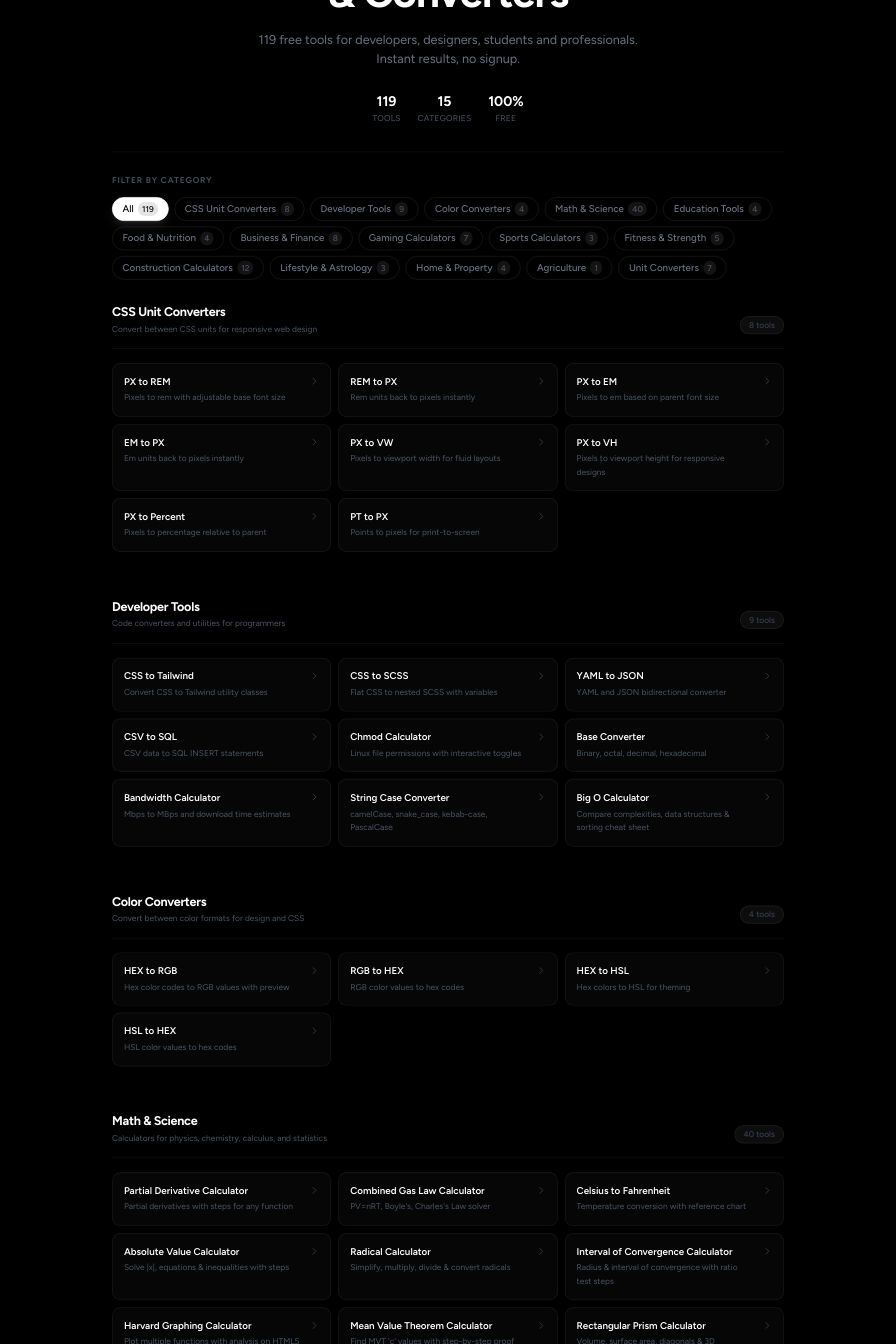
Repository: princeali7/impeccify-clone
Page: /tools
The author's editor kept a copy of each file at every save. The page is drawn from the files as they stood at one save, then again after the next save.
The browser window is 1280 px wide. The pictures show the part of the page from y = 321 to 2241 px (the page is 7704 px tall before and 8131 px after), at 70% of full size.
The project was rebuilt for these pictures with package versions that can differ from the ones it lists, and the page was loaded fresh each time. The framework's server and built-in components were replaced by stand-ins that run in the browser. Also part of the build but not shown: next.config.ts.

Above is the page before, as saved 2026-03-24 23:25:58.

### src/app/layout.tsx
import type { Metadata } from "next";
import { Figtree } from "next/font/google";
import "./globals.css";

const figtree = Figtree({
  subsets: ["latin"],
  variable: "--font-figtree",
  display: "swap",
});

export const metadata: Metadata = {
  title: "Custom Website Development Services That Transform Traffic Into Paying Users",
  description: "Professional web design and development service. From responsive web design to custom web app development - pixel-perfect Next.js websites.",
};

export default function RootLayout({
  children,
}: Readonly<{
  children: React.ReactNode;
}>) {
  return (
    <html lang="en">
      <body className={`${figtree.variable} font-sans antialiased`}>
        {children}
      </body>
    </html>
  );
}

### src/app/tools/page.tsx
'use client';
import { useState } from 'react';
import Link from 'next/link';
import Header from '@/components/Header';
import { categories } from '@/lib/tools-data';

const categoryMeta: Record<string, { icon: React.ReactNode; iconBg: string; activeText: string }> = {
  'css-unit': {
    icon: <svg viewBox="0 0 24 24" fill="none" stroke="currentColor" strokeWidth={1.6} strokeLinecap="round" strokeLinejoin="round" className="w-5 h-5"><circle cx="12" cy="12" r="10"/><line x1="2" y1="12" x2="22" y2="12"/><path d="M12 2a15.3 15.3 0 0 1 4 10 15.3 15.3 0 0 1-4 10 15.3 15.3 0 0 1-4-10 15.3 15.3 0 0 1 4-10z"/></svg>,
    iconBg: 'bg-blue-500/15 text-blue-400',
    activeText: 'text-blue-300',
  },
  'developer': {
    icon: <svg viewBox="0 0 24 24" fill="none" stroke="currentColor" strokeWidth={2} strokeLinecap="round" strokeLinejoin="round" className="w-5 h-5"><polyline points="16 18 22 12 16 6"/><polyline points="8 6 2 12 8 18"/></svg>,
    iconBg: 'bg-emerald-500/15 text-emerald-400',
    activeText: 'text-emerald-300',
  },
  'color': {
    icon: <svg viewBox="0 0 24 24" fill="none" stroke="currentColor" strokeWidth={1.6} strokeLinecap="round" strokeLinejoin="round" className="w-5 h-5"><circle cx="13.5" cy="6.5" r="0.5" fill="currentColor"/><circle cx="17.5" cy="10.5" r="0.5" fill="currentColor"/><circle cx="8.5" cy="7.5" r="0.5" fill="currentColor"/><circle cx="6.5" cy="12.5" r="0.5" fill="currentColor"/><path d="M12 2C6.5 2 2 6.5 2 12s4.5 10 10 10c.926 0 1.648-.746 1.648-1.688 0-.437-.18-.835-.437-1.125-.29-.289-.438-.652-.438-1.125a1.64 1.64 0 0 1 1.668-1.668h1.996c3.051 0 5.555-2.503 5.555-5.554C21.965 6.012 17.461 2 12 2z"/></svg>,
    iconBg: 'bg-purple-500/15 text-purple-400',
    activeText: 'text-purple-300',
  },
  'math': {
    icon: <svg viewBox="0 0 24 24" fill="none" stroke="currentColor" strokeWidth={1.6} strokeLinecap="round" strokeLinejoin="round" className="w-5 h-5"><path d="M9 3H5a2 2 0 0 0-2 2v4m6-6h10a2 2 0 0 1 2 2v4M9 3v18m0 0h10a2 2 0 0 0 2-2V9M9 21H5a2 2 0 0 1-2-2V9m0 0h18"/></svg>,
    iconBg: 'bg-orange-500/15 text-orange-400',
    activeText: 'text-orange-300',
  },
  'education': {
    icon: <svg viewBox="0 0 24 24" fill="none" stroke="currentColor" strokeWidth={1.6} strokeLinecap="round" strokeLinejoin="round" className="w-5 h-5"><path d="M22 10v6M2 10l10-5 10 5-10 5z"/><path d="M6 12v5c3 3 9 3 12 0v-5"/></svg>,
    iconBg: 'bg-sky-500/15 text-sky-400',
    activeText: 'text-sky-300',
  },
  'food': {
    icon: <svg viewBox="0 0 24 24" fill="none" stroke="currentColor" strokeWidth={1.6} strokeLinecap="round" strokeLinejoin="round" className="w-5 h-5"><path d="M3 2v7c0 1.1.9 2 2 2h4a2 2 0 0 0 2-2V2"/><path d="M7 2v20"/><path d="M21 15V2a5 5 0 0 0-5 5v6c0 1.1.9 2 2 2h3zm0 0v7"/></svg>,
    iconBg: 'bg-red-500/15 text-red-400',
    activeText: 'text-red-300',
  },
  'business': {
    icon: <svg viewBox="0 0 24 24" fill="none" stroke="currentColor" strokeWidth={1.6} strokeLinecap="round" strokeLinejoin="round" className="w-5 h-5"><rect x="4" y="2" width="16" height="20" rx="2"/><line x1="8" y1="6" x2="16" y2="6"/><line x1="8" y1="10" x2="16" y2="10"/><line x1="8" y1="14" x2="12" y2="14"/></svg>,
    iconBg: 'bg-teal-500/15 text-teal-400',
    activeText: 'text-teal-300',
  },
  'gaming': {
    icon: <svg viewBox="0 0 24 24" fill="none" stroke="currentColor" strokeWidth={1.6} strokeLinecap="round" strokeLinejoin="round" className="w-5 h-5"><line x1="6" y1="12" x2="10" y2="12"/><line x1="8" y1="10" x2="8" y2="14"/><circle cx="15" cy="13" r="1" fill="currentColor"/><circle cx="18" cy="11" r="1" fill="currentColor"/><path d="M17.32 5H6.68a4 4 0 0 0-3.978 3.59c-.006.052-.01.101-.017.152C2.604 9.416 2 14.456 2 16a3 3 0 0 0 3 3c1 0 1.5-.5 2-1l1.414-1.414A2 2 0 0 1 9.828 16h4.344a2 2 0 0 1 1.414.586L17 18c.5.5 1 1 2 1a3 3 0 0 0 3-3c0-1.544-.604-6.584-.685-7.258-.007-.05-.011-.1-.017-.151A4 4 0 0 0 17.32 5z"/></svg>,
    iconBg: 'bg-pink-500/15 text-pink-400',
    activeText: 'text-pink-300',
  },
  'sports': {
    icon: <svg viewBox="0 0 24 24" fill="none" stroke="currentColor" strokeWidth={1.6} strokeLinecap="round" strokeLinejoin="round" className="w-5 h-5"><path d="M6 9H4.5a2.5 2.5 0 0 1 0-5H6"/><path d="M18 9h1.5a2.5 2.5 0 0 0 0-5H18"/><path d="M4 22h16"/><path d="M10 14.66V17c0 .55-.47.98-.97 1.21C7.85 18.75 7 20.24 7 22"/><path d="M14 14.66V17c0 .55.47.98.97 1.21C16.15 18.75 17 20.24 17 22"/><path d="M18 2H6v7a6 6 0 0 0 12 0V2z"/></svg>,
    iconBg: 'bg-yellow-500/15 text-yellow-400',
    activeText: 'text-yellow-300',
  },
  'fitness': {
    icon: <svg viewBox="0 0 24 24" fill="none" stroke="currentColor" strokeWidth={1.6} strokeLinecap="round" strokeLinejoin="round" className="w-5 h-5"><path d="M6.5 6.5h11"/><path d="M6.5 17.5h11"/><path d="M3 9.5h3v5H3z"/><path d="M18 9.5h3v5h-3z"/><line x1="5" y1="12" x2="19" y2="12"/></svg>,
    iconBg: 'bg-green-500/15 text-green-400',
    activeText: 'text-green-300',
  },
  'construction': {
    icon: <svg viewBox="0 0 24 24" fill="none" stroke="currentColor" strokeWidth={1.6} strokeLinecap="round" strokeLinejoin="round" className="w-5 h-5"><path d="M14.7 6.3a1 1 0 0 0 0 1.4l1.6 1.6a1 1 0 0 0 1.4 0l3.77-3.77a6 6 0 0 1-7.94 7.94l-6.91 6.91a2.12 2.12 0 0 1-3-3l6.91-6.91a6 6 0 0 1 7.94-7.94l-3.76 3.76z"/></svg>,
    iconBg: 'bg-cyan-500/15 text-cyan-400',
    activeText: 'text-cyan-300',
  },
  'lifestyle': {
    icon: <svg viewBox="0 0 24 24" fill="none" stroke="currentColor" strokeWidth={1.6} strokeLinecap="round" strokeLinejoin="round" className="w-5 h-5"><polygon points="12 2 15.09 8.26 22 9.27 17 14.14 18.18 21.02 12 17.77 5.82 21.02 7 14.14 2 9.27 8.91 8.26 12 2"/></svg>,
    iconBg: 'bg-violet-500/15 text-violet-400',
    activeText: 'text-violet-300',
  },
  'home': {
    icon: <svg viewBox="0 0 24 24" fill="none" stroke="currentColor" strokeWidth={1.6} strokeLinecap="round" strokeLinejoin="round" className="w-5 h-5"><path d="M3 9l9-7 9 7v11a2 2 0 0 1-2 2H5a2 2 0 0 1-2-2z"/><polyline points="9 22 9 12 15 12 15 22"/></svg>,
    iconBg: 'bg-lime-500/15 text-lime-400',
    activeText: 'text-lime-300',
  },
  'agriculture': {
    icon: <svg viewBox="0 0 24 24" fill="none" stroke="currentColor" strokeWidth={1.6} strokeLinecap="round" strokeLinejoin="round" className="w-5 h-5"><path d="M12 22V12m0 0C12 7 7 2 2 2c0 5 5 10 10 10zm0 0c0-5 5-10 10-10-5 0-10 5-10 10z"/></svg>,
    iconBg: 'bg-amber-500/15 text-amber-400',
    activeText: 'text-amber-300',
  },
  'unit': {
    icon: <svg viewBox="0 0 24 24" fill="none" stroke="currentColor" strokeWidth={1.6} strokeLinecap="round" strokeLinejoin="round" className="w-5 h-5"><path d="M7 16V4m0 0L3 8m4-4 4 4"/><path d="M17 8v12m0 0 4-4m-4 4-4-4"/></svg>,
    iconBg: 'bg-indigo-500/15 text-indigo-400',
    activeText: 'text-indigo-300',
  },
};

export default function ToolsPage() {
  const [activeId, setActiveId] = useState<string | null>(null);

  const displayed = activeId ? categories.filter((c) => c.id === activeId) : categories;

  const scrollTo = (id: string) => {
    setActiveId((prev) => (prev === id ? null : id));
    window.scrollTo({ top: 0, behavior: 'smooth' });
  };

  return (
    <>
      <Header />
      <main className="min-h-screen bg-black pt-24 pb-20">
        {/* Hero */}
        <section className="max-w-5xl mx-auto px-6 lg:px-8 pt-12 pb-10 text-center">
          <div className="inline-flex items-center gap-2 bg-white/5 border border-white/10 rounded-full px-4 py-1.5 mb-6">
            <span className="w-1.5 h-1.5 rounded-full bg-blue-400 animate-pulse" />
            <span className="text-xs text-gray-400 tracking-widest uppercase font-semibold">Free Tools</span>
          </div>
          <h1 className="text-4xl md:text-5xl lg:text-6xl font-bold text-white tracking-tight mb-4 leading-tight">
            Free Online Calculators<br className="hidden sm:block" /> &amp; Converters
          </h1>
          <p className="text-base md:text-lg text-gray-500 max-w-xl mx-auto mb-8">
            119 free tools for developers, designers, students and professionals. Instant results, no signup.
          </p>
          {/* Stats row */}
          <div className="flex flex-wrap items-center justify-center gap-6 text-sm">
            {[
              { value: '119', label: 'Tools' },
              { value: '15', label: 'Categories' },
              { value: '100%', label: 'Free' },
            ].map((s) => (
              <div key={s.label} className="flex flex-col items-center gap-0.5">
                <span className="text-xl font-bold text-white">{s.value}</span>
                <span className="text-gray-600 text-xs uppercase tracking-wide">{s.label}</span>
              </div>
            ))}
          </div>
        </section>

        {/* Divider */}
        <div className="max-w-5xl mx-auto px-6 lg:px-8">
          <div className="border-t border-white/6" />
        </div>

        {/* Category filter tabs */}
        <section className="max-w-5xl mx-auto px-6 lg:px-8 py-8">
          <p className="text-xs text-gray-600 uppercase tracking-widest font-semibold mb-4">Filter by category</p>
          <div className="flex flex-wrap gap-2">
            <button
              onClick={() => setActiveId(null)}
              className={`flex items-center gap-1.5 px-3.5 py-1.5 rounded-full text-sm font-medium transition-all duration-200 border ${
                activeId === null
                  ? 'bg-white text-black border-white shadow-lg shadow-white/10'
                  : 'bg-transparent text-gray-500 border-white/10 hover:text-white hover:border-white/30'
              }`}
            >
              All
              <span className={`text-xs px-1.5 py-0.5 rounded-full ${activeId === null ? 'bg-black/10 text-black' : 'bg-white/8 text-gray-600'}`}>
                119
              </span>
            </button>
            {categories.map((cat) => (
              <button
                key={cat.id}
                onClick={() => scrollTo(cat.id)}
                className={`flex items-center gap-1.5 px-3.5 py-1.5 rounded-full text-sm font-medium transition-all duration-200 border ${
                  activeId === cat.id
                    ? 'bg-white text-black border-white shadow-lg shadow-white/10'
                    : 'bg-transparent text-gray-500 border-white/10 hover:text-white hover:border-white/30'
                }`}
              >
                {cat.label}
                <span
                  className={`text-xs px-1.5 py-0.5 rounded-full ${
                    activeId === cat.id ? 'bg-black/10 text-black' : 'bg-white/8 text-gray-600'
                  }`}
                >
                  {cat.count}
                </span>
              </button>
            ))}
          </div>
        </section>

        {/* Tool sections */}
        <div className="max-w-5xl mx-auto px-6 lg:px-8 space-y-16">
          {displayed.map((cat) => (
            <section key={cat.id} id={cat.id}>
              {/* Section header */}
              <div className="flex items-end justify-between mb-5">
                <div>
                  <h2 className="text-lg font-bold text-white tracking-tight">{cat.label}</h2>
                  <p className="text-xs text-gray-600 mt-0.5">{cat.desc}</p>
                </div>
                <span className="text-xs text-gray-700 bg-white/5 border border-white/8 rounded-full px-3 py-1 font-medium">
                  {cat.count} {cat.count === 1 ? 'tool' : 'tools'}
                </span>
              </div>
              <div className="border-t border-white/6 mb-5" />

              {/* Tool cards */}
              <div className="grid grid-cols-1 sm:grid-cols-2 lg:grid-cols-3 gap-2.5">
                {cat.tools.map((tool) => (
                  <Link
                    key={tool.href}
                    href={tool.href}
                    className="group relative flex items-start justify-between gap-3 bg-white/2.5 hover:bg-white/6 border border-white/[0.07] hover:border-white/20 rounded-xl px-4 py-4 transition-all duration-150 active:scale-[0.98]"
                  >
                    <div className="flex flex-col gap-1 min-w-0">
                      <span className="text-sm font-semibold text-white group-hover:text-white leading-snug truncate">
                        {tool.name}
                      </span>
                      <span className="text-xs text-gray-600 leading-relaxed line-clamp-2">
                        {tool.desc}
                      </span>
                    </div>
                    {/* Arrow icon */}
                    <svg
                      className="w-3.5 h-3.5 text-gray-700 group-hover:text-gray-400 mt-0.5 shrink-0 transition-all duration-150 group-hover:translate-x-0.5"
                      fill="none"
                      stroke="currentColor"
                      viewBox="0 0 24 24"
                    >
                      <path strokeLinecap="round" strokeLinejoin="round" strokeWidth={2} d="M9 5l7 7-7 7" />
                    </svg>
                  </Link>
                ))}
              </div>
            </section>
          ))}
        </div>

        {/* Footer note */}
        <div className="max-w-5xl mx-auto px-6 lg:px-8 mt-20 pt-8 border-t border-white/6 flex flex-col sm:flex-row items-center justify-between gap-4">
          <p className="text-xs text-gray-700">
            New calculators added regularly. 119 tools and counting.
          </p>
          <Link
            href="/book-call"
            className="text-xs text-gray-500 hover:text-white transition-colors border border-white/10 hover:border-white/30 rounded-full px-4 py-2"
          >
            Need a custom tool? Book a call →
          </Link>
        </div>
      </main>
    </>
  );
}

### src/app/globals.css
@import "tailwindcss";

@theme inline {
  --color-background: #000000;
  --color-foreground: #ffffff;
  --font-sans: var(--font-figtree);
}

@layer base {
  * {
    margin: 0;
    padding: 0;
    box-sizing: border-box;
  }

  html {
    scroll-behavior: smooth;
  }

  body {
    background: #000;
    color: #fff;
    font-family: -apple-system, BlinkMacSystemFont, 'Segoe UI', Roboto, sans-serif;
    -webkit-font-smoothing: antialiased;
    -moz-osx-font-smoothing: grayscale;
    overflow-x: hidden;
  }
}

::selection {
  background: rgba(59, 130, 246, 0.3);
  color: white;
}

::-webkit-scrollbar { width: 8px; }
::-webkit-scrollbar-track { background: rgba(255,255,255,0.05); }
::-webkit-scrollbar-thumb { background: rgba(255,255,255,0.15); border-radius: 4px; }

@keyframes marquee {
  0% { transform: translateX(0); }
  100% { transform: translateX(-50%); }
}
@keyframes marqueeReverse {
  0% { transform: translateX(-50%); }
  100% { transform: translateX(0); }
}
.animate-marquee {
  animation: marquee 60s linear infinite;
}
.animate-marquee-reverse {
  animation: marqueeReverse 60s linear infinite;
}

@keyframes fadeInUp {
  from { opacity: 0; transform: translateY(30px); }
  to { opacity: 1; transform: translateY(0); }
}
.animate-fade-in-up {
  animation: fadeInUp 0.6s ease-out forwards;
}

@keyframes slideInLeft {
  from { opacity: 0; transform: translateX(-60px); }
  to { opacity: 1; transform: translateX(0); }
}
@keyframes slideInRight {
  from { opacity: 0; transform: translateX(60px); }
  to { opacity: 1; transform: translateX(0); }
}
.animate-slide-in-left {
  animation: slideInLeft 0.7s cubic-bezier(0.22, 1, 0.36, 1) forwards;
}
.animate-slide-in-right {
  animation: slideInRight 0.7s cubic-bezier(0.22, 1, 0.36, 1) forwards;
}
.slide-hidden {
  opacity: 0;
}

@keyframes blobPulse {
  0%, 100% { opacity: 0.15; transform: scale(1); }
  50% { opacity: 0.25; transform: scale(1.05); }
}
.animate-blob {
  animation: blobPulse 8s ease-in-out infinite;
}

@keyframes marqueeUp {
  0% { transform: translateY(0); }
  100% { transform: translateY(-50%); }
}
@keyframes marqueeDown {
  0% { transform: translateY(-50%); }
  100% { transform: translateY(0); }
}
.animate-marquee-up {
  animation: marqueeUp 28s linear infinite;
}
.animate-marquee-up-slow {
  animation: marqueeUp 36s linear infinite;
}
.animate-marquee-down {
  animation: marqueeDown 32s linear infinite;
}

Loaded but not shown: src/lib/tools-data.ts (264 lines, source omitted); src/components/Header.tsx (104 lines, source omitted)

After the next save:
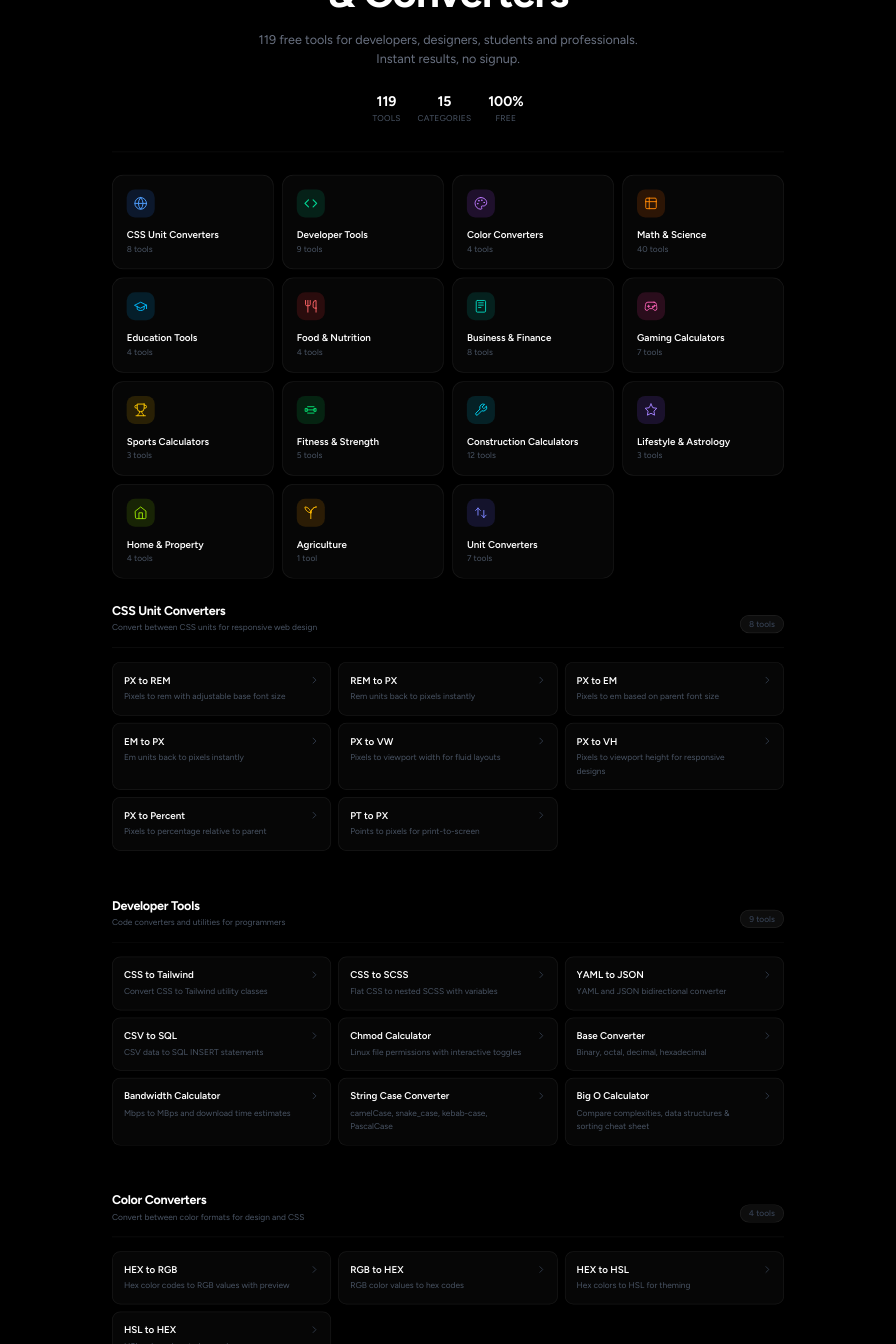
Saved 28 s later.
--- a/src/app/tools/page.tsx
+++ b/src/app/tools/page.tsx
@@ -128,44 +128,51 @@ export default function ToolsPage() {
           <div className="border-t border-white/6" />
         </div>
 
-        {/* Category filter tabs */}
+        {/* Category card grid */}
         <section className="max-w-5xl mx-auto px-6 lg:px-8 py-8">
-          <p className="text-xs text-gray-600 uppercase tracking-widest font-semibold mb-4">Filter by category</p>
-          <div className="flex flex-wrap gap-2">
-            <button
-              onClick={() => setActiveId(null)}
-              className={`flex items-center gap-1.5 px-3.5 py-1.5 rounded-full text-sm font-medium transition-all duration-200 border ${
-                activeId === null
-                  ? 'bg-white text-black border-white shadow-lg shadow-white/10'
-                  : 'bg-transparent text-gray-500 border-white/10 hover:text-white hover:border-white/30'
-              }`}
-            >
-              All
-              <span className={`text-xs px-1.5 py-0.5 rounded-full ${activeId === null ? 'bg-black/10 text-black' : 'bg-white/8 text-gray-600'}`}>
-                119
-              </span>
-            </button>
-            {categories.map((cat) => (
-              <button
-                key={cat.id}
-                onClick={() => scrollTo(cat.id)}
-                className={`flex items-center gap-1.5 px-3.5 py-1.5 rounded-full text-sm font-medium transition-all duration-200 border ${
-                  activeId === cat.id
-                    ? 'bg-white text-black border-white shadow-lg shadow-white/10'
-                    : 'bg-transparent text-gray-500 border-white/10 hover:text-white hover:border-white/30'
-                }`}
-              >
-                {cat.label}
-                <span
-                  className={`text-xs px-1.5 py-0.5 rounded-full ${
-                    activeId === cat.id ? 'bg-black/10 text-black' : 'bg-white/8 text-gray-600'
+          <div className="grid grid-cols-2 sm:grid-cols-3 lg:grid-cols-4 gap-3">
+            {categories.map((cat) => {
+              const meta = categoryMeta[cat.id];
+              const isActive = activeId === cat.id;
+              return (
+                <button
+                  key={cat.id}
+                  onClick={() => scrollTo(cat.id)}
+                  className={`group text-left flex flex-col gap-4 p-5 rounded-2xl border transition-all duration-200 active:scale-[0.97] ${
+                    isActive
+                      ? 'bg-white/8 border-white/20'
+                      : 'bg-white/[0.025] border-white/[0.07] hover:bg-white/5 hover:border-white/15'
                   }`}
                 >
-                  {cat.count}
-                </span>
+                  {/* Icon */}
+                  <div className={`w-10 h-10 rounded-xl flex items-center justify-center ${meta?.iconBg ?? 'bg-white/10 text-gray-400'}`}>
+                    {meta?.icon}
+                  </div>
+                  {/* Text */}
+                  <div>
+                    <p className={`text-sm font-semibold leading-snug transition-colors ${isActive ? (meta?.activeText ?? 'text-white') : 'text-white'}`}>
+                      {cat.label}
+                    </p>
+                    <p className="text-xs text-gray-600 mt-0.5">
+                      {cat.count} {cat.count === 1 ? 'tool' : 'tools'}
+                    </p>
+                  </div>
+                </button>
+              );
+            })}
+          </div>
+          {/* Clear filter */}
+          {activeId && (
+            <div className="mt-4 flex items-center gap-2">
+              <button
+                onClick={() => setActiveId(null)}
+                className="text-xs text-gray-500 hover:text-white transition-colors flex items-center gap-1.5 border border-white/10 hover:border-white/30 rounded-full px-3 py-1.5"
+              >
+                <svg className="w-3 h-3" fill="none" stroke="currentColor" viewBox="0 0 24 24"><path strokeLinecap="round" strokeLinejoin="round" strokeWidth={2} d="M6 18L18 6M6 6l12 12"/></svg>
+                Clear filter — show all categories
               </button>
-            ))}
-          </div>
+            </div>
+          )}
         </section>
 
         {/* Tool sections */}
